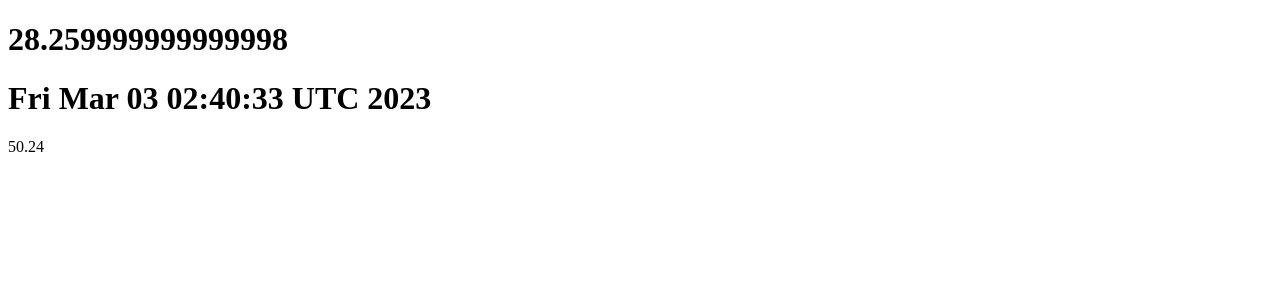
Repository: suzume1203/test
Page: http://localhost/JspProject/TestPI.jsp
An editor plug-in stored every save of this project. The page is shown before and after a run of saves, followed by the edit.
The browser window is 1280 px wide. The pictures show the whole page.
The page is served by Tomcat 10. Nobody is signed in. The application's start-up code is not run. Other server files are loaded and not shown.

Above is the page before, as saved 2023-03-08 01:31:51.

### JspProject/src/main/webapp/TestPI.jsp
<%@ page language="java" contentType="text/html; charset=UTF-8"
    pageEncoding="UTF-8"%>
<!DOCTYPE html>
<html>
<head>
<meta charset="UTF-8">
<title>Insert title here</title>
</head>
<body>
<h1><%= calc(3).toString()%></h1>
<h1><%= new java.util.Date()%></h1>
<%!
public static final double PI =3.14;

public Double calc(int number){
	return PI*number*number;
}
%>
<%
out.write(calc(4).toString());
%>

</body>
</html>

After the next 2 saves:
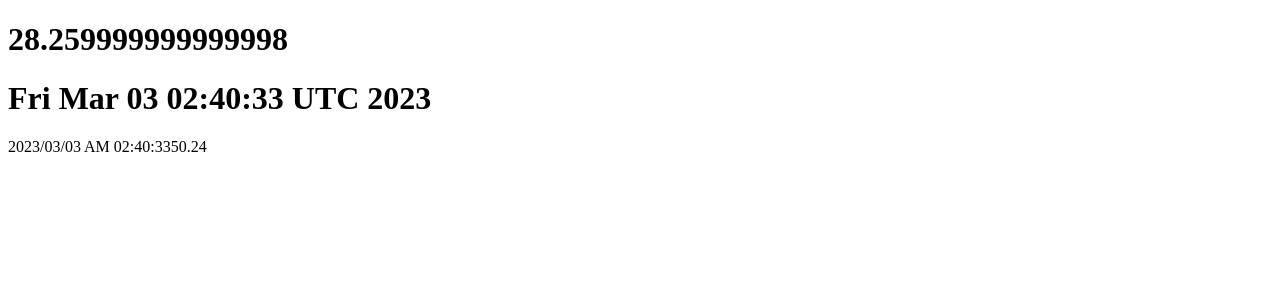
The 2 saves are shown as one change because 1 did not build or start.
The last was saved 14 min 6 s later.
--- a/JspProject/src/main/webapp/TestPI.jsp
+++ b/JspProject/src/main/webapp/TestPI.jsp
@@ -1,3 +1,5 @@
+<%@page import="java.text.SimpleDateFormat"%>
+<%@page import="java.util.Date"%>
 <%@ page language="java" contentType="text/html; charset=UTF-8"
     pageEncoding="UTF-8"%>
 <!DOCTYPE html>
@@ -17,6 +19,10 @@ public Double calc(int number){
 }
 %>
 <%
+Date date = new Date();
+SimpleDateFormat df = new SimpleDateFormat("YYYY/MM/dd a hh:mm:ss");
+
+out.write(df.format(date));
 out.write(calc(4).toString());
 %>
 
